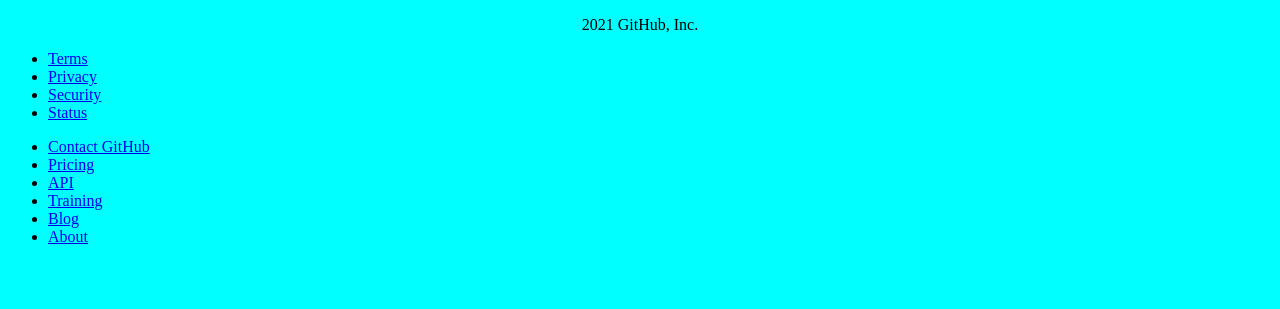
Repository: nss-evening-cohort-E23/gitsub-the-commit-commandos
Page: index.html
An editor plug-in stored every save of this project. The page is shown before and after a run of saves, followed by the edit.
The browser window is 1280 px wide. The pictures show the whole page.

Above is the page before, as saved 2023-05-08 20:30:46.

After the next 6 saves:
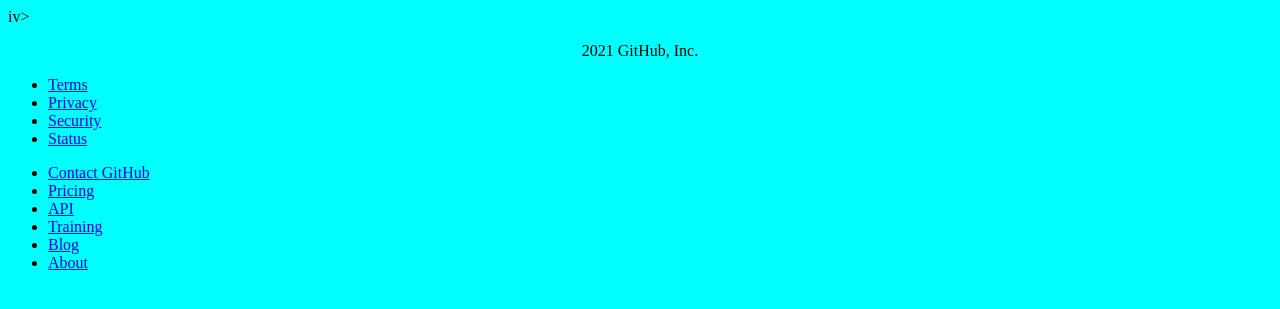
The 6 saves are shown as one change because they came seconds apart.
The last was saved 14 s later.
--- a/index.html
+++ b/index.html
@@ -16,7 +16,7 @@
 
 
   <footer>
-    <div
+    <div class="wrapper">iv>
     <div class="copyright">
       <p>2021 GitHub, Inc.</p>
     </div>

After the save that followed:
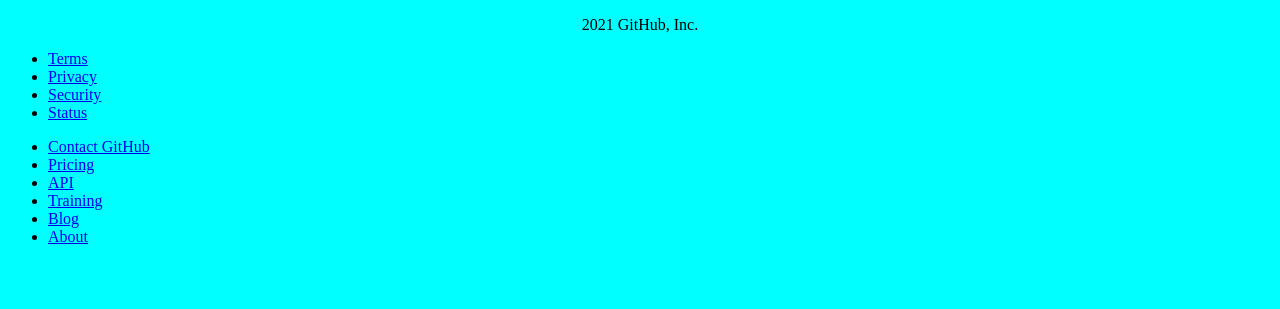
Saved 8 s later.
--- a/index.html
+++ b/index.html
@@ -16,7 +16,7 @@
 
 
   <footer>
-    <div class="wrapper">iv>
+    <div class="wrapper">
     <div class="copyright">
       <p>2021 GitHub, Inc.</p>
     </div>
